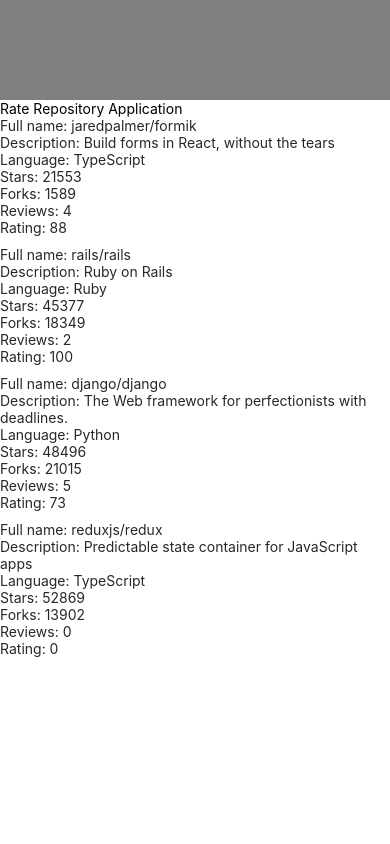
Repository: OrmeSile/react-native-FSO
Screen: / (app in rate-repository-app/)
These files come from the project's save history. The screen is drawn as it stood at one moment and after the next save; the edit follows.
The app was drawn by React Native's web renderer in a window 390 px wide. The project was rebuilt for these pictures with package versions that can differ from the ones it lists, and the page was loaded fresh each time. Some packages were replaced by stand-ins written for this rebuild.

Above is the screen before, as saved 2022-05-15 16:26:47.

### rate-repository-app/src/components/Main.jsx
import { Text, StyleSheet, View } from 'react-native';
import AppBar from './AppBar';
import RepositoryList from './RepositoryList';

const styles = StyleSheet.create({
  container: {
    flexGrow: 1,
    flexShrink: 1,
  },
});

const Main = () => {
  return (
    <View style={styles.container}>
      <AppBar/>
      <Text>Rate Repository Application</Text>
        <RepositoryList />
    </View>
  );
};

export default Main;

### rate-repository-app/src/components/AppBar.jsx
import { View, StyleSheet } from 'react-native';
import Constants from 'expo-constants';

const styles = StyleSheet.create({
  container: {
    paddingTop: Constants.statusBarHeight,
    height: 100,
    backgroundColor: 'black',
    opacity: 0.5
    // ...
  },
  // ...
});

const AppBar = () => {
  return <View style={styles.container}>{/* ... */}</View>;
};

export default AppBar;

### rate-repository-app/src/components/RepositoryList.jsx
import { FlatList, View, StyleSheet } from 'react-native';
import RepositoryItem from './RepositoryItem';

const styles = StyleSheet.create({
  separator: {
    height: 10,
  },
});

const repositories = [
  {
    id: 'jaredpalmer.formik',
    fullName: 'jaredpalmer/formik',
    description: 'Build forms in React, without the tears',
    language: 'TypeScript',
    forksCount: 1589,
    stargazersCount: 21553,
    ratingAverage: 88,
    reviewCount: 4,
    ownerAvatarUrl: 'https://avatars2.githubusercontent.com/u/4060187?v=4',
  },
  {
    id: 'rails.rails',
    fullName: 'rails/rails',
    description: 'Ruby on Rails',
    language: 'Ruby',
    forksCount: 18349,
    stargazersCount: 45377,
    ratingAverage: 100,
    reviewCount: 2,
    ownerAvatarUrl: 'https://avatars1.githubusercontent.com/u/4223?v=4',
  },
  {
    id: 'django.django',
    fullName: 'django/django',
    description: 'The Web framework for perfectionists with deadlines.',
    language: 'Python',
    forksCount: 21015,
    stargazersCount: 48496,
    ratingAverage: 73,
    reviewCount: 5,
    ownerAvatarUrl: 'https://avatars2.githubusercontent.com/u/27804?v=4',
  },
  {
    id: 'reduxjs.redux',
    fullName: 'reduxjs/redux',
    description: 'Predictable state container for JavaScript apps',
    language: 'TypeScript',
    forksCount: 13902,
    stargazersCount: 52869,
    ratingAverage: 0,
    reviewCount: 0,
    ownerAvatarUrl: 'https://avatars3.githubusercontent.com/u/13142323?v=4',
  },
];

const ItemSeparator = () => <View style={styles.separator} />;

const RepositoryList = () => {
  return (
    <FlatList
      data={repositories}
      ItemSeparatorComponent={ItemSeparator}
      renderItem={({ item }) => (
        <RepositoryItem key={item.id} item={item}/>
      )}
    />
  );
};

export default RepositoryList;

### rate-repository-app/src/components/RepositoryItem.jsx
import { View } from 'react-native';
import Text from './Text';

const RepositoryItem = ({ item }) => {
  return (
    <View>
      <Text>Full name: {item.fullName}</Text>
      <Text>Description: {item.description}</Text>
      <Text>Language: {item.language}</Text>
      <Text>Stars: {item.stargazersCount}</Text>
      <Text>Forks: {item.forksCount}</Text>
      <Text>Reviews: {item.reviewCount}</Text>
      <Text>Rating: {item.ratingAverage}</Text>
    </View>
  );
};

export default RepositoryItem;

### rate-repository-app/src/components/Text.jsx
import { Text as NativeText, StyleSheet } from 'react-native';

import theme from '../theme';

const styles = StyleSheet.create({
  text: {
    color: theme.colors.textPrimary,
    fontSize: theme.fontSizes.body,
    fontFamily: theme.fonts.main,
    fontWeight: theme.fontWeights.normal,
  },
  colorTextSecondary: {
    color: theme.colors.textSecondary,
  },
  colorPrimary: {
    color: theme.colors.primary,
  },
  fontSizeSubheading: {
    fontSize: theme.fontSizes.subheading,
  },
  fontWeightBold: {
    fontWeight: theme.fontWeights.bold,
  },
});

const Text = ({ color, fontSize, fontWeight, style, ...props }) => {
  const textStyle = [
    styles.text,
    color === 'textSecondary' && styles.colorTextSecondary,
    color === 'primary' && styles.colorPrimary,
    fontSize === 'subheading' && styles.fontSizeSubheading,
    fontWeight === 'bold' && styles.fontWeightBold,
    style,
  ];

  return <NativeText style={textStyle} {...props} />;
};

export default Text;

### rate-repository-app/src/theme.js
const theme = {
  colors: {
    textPrimary: '#24292e',
    textSecondary: '#586069',
    primary: '#0366d6',
  },
  fontSizes: {
    body: 14,
    subheading: 16,
  },
  fonts: {
    main: 'System',
  },
  fontWeights: {
    normal: '400',
    bold: '700',
  },
};

export default theme;

Loaded but not shown: rate-repository-app/App.js (common file)

After the next save:
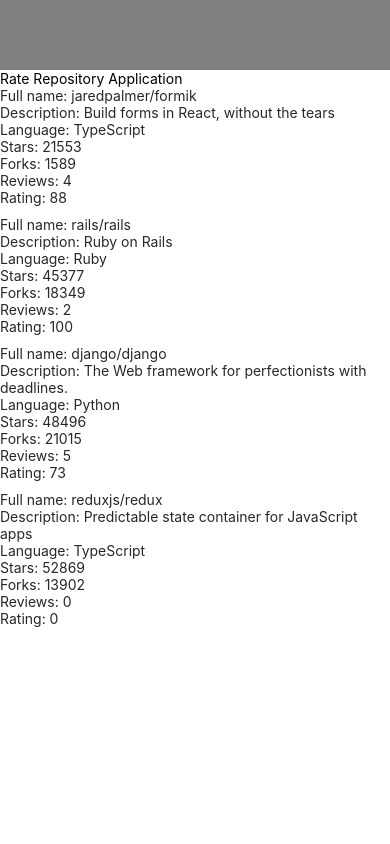
Saved 39 s later.
--- a/rate-repository-app/src/components/AppBar.jsx
+++ b/rate-repository-app/src/components/AppBar.jsx
@@ -4,7 +4,7 @@
 const styles = StyleSheet.create({
   container: {
     paddingTop: Constants.statusBarHeight,
-    height: 100,
+    height: 70,
     backgroundColor: 'black',
     opacity: 0.5
     // ...
